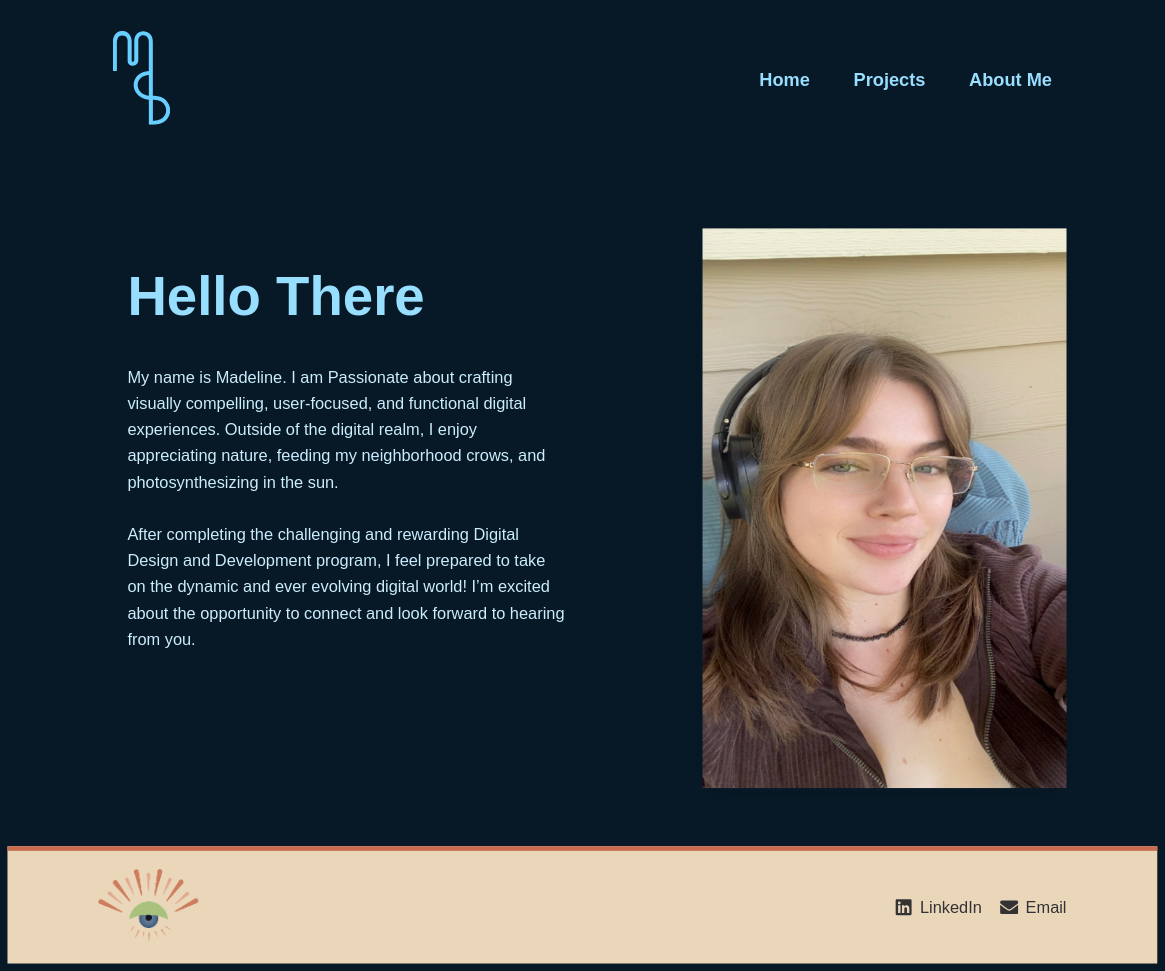
Repository: madelinestruthers/madeline-portfolio-site
Page: /about
An editor plug-in stored every save of this project. The page is shown before and after the next save, followed by the edit.
The browser window is 1280 px wide. The pictures show the whole page, at 91% of full size.
The project was rebuilt for these pictures with package versions that can differ from the ones it lists, and the page was loaded fresh each time. The framework's server and built-in components were replaced by stand-ins that run in the browser. Also part of the build but not shown: next.config.mjs.

Above is the page before, as saved 2025-02-09 19:06:38.

After the next save:
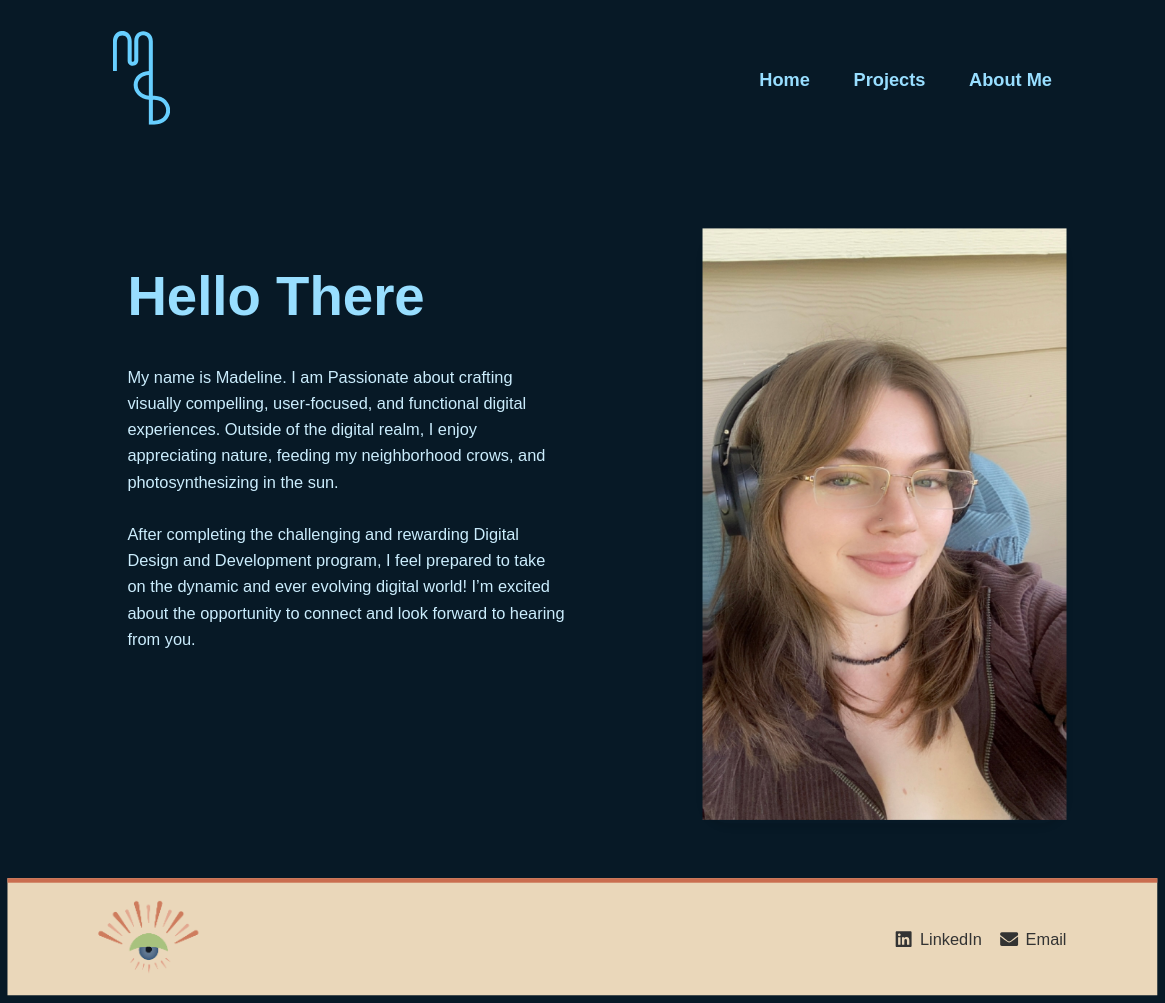
Saved 9 s later.
--- a/src/pages/about.js
+++ b/src/pages/about.js
@@ -20,7 +20,7 @@
               src="/images/portrait.jpg"
               alt="Portrait of Me"
               width={400} // Adjust width as needed
-              height={615} // Scaled height based on aspect ratio
+              height={650} // Scaled height based on aspect ratio
               priority // Preloads the image for better performance
             />
           </div>
